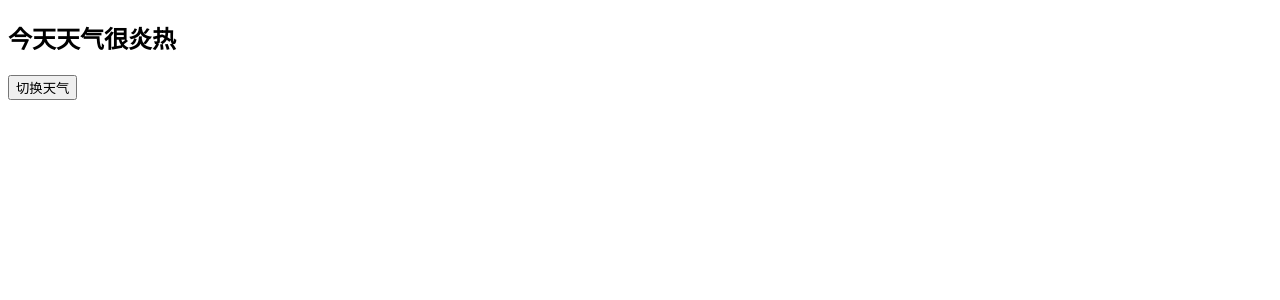
Repository: reggiepy/vueLeaning
Page: 08 监视属性/3. 天气案例_深度监视 copy.html
The author's editor kept a copy of each file at every save. The page is drawn from the files as they stood at one save, then again after the next save.
The browser window is 1280 px wide. The pictures show the whole page.

Above is the page before, as saved 2021-12-19 17:31:14.

After the next save:
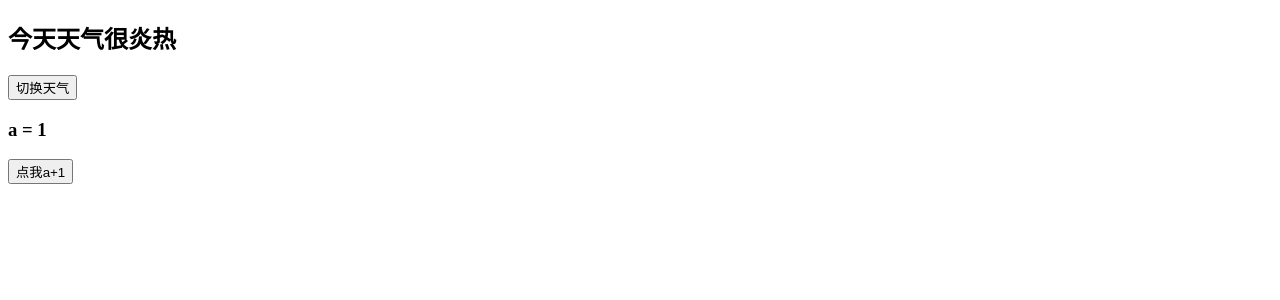
Saved 62 s later.
--- a/08 监视属性/3. 天气案例_深度监视 copy.html
+++ b/08 监视属性/3. 天气案例_深度监视 copy.html
@@ -11,6 +11,8 @@
     <div id="root">
       <h2>今天天气很{{info}}</h2>
       <button @click="changeWeather">切换天气</button>
+      <h3>a = {{numbers.a}}</h3>
+      <button @click="numbers.a++">点我a+1</button>
     </div>
   </body>
   <script>
